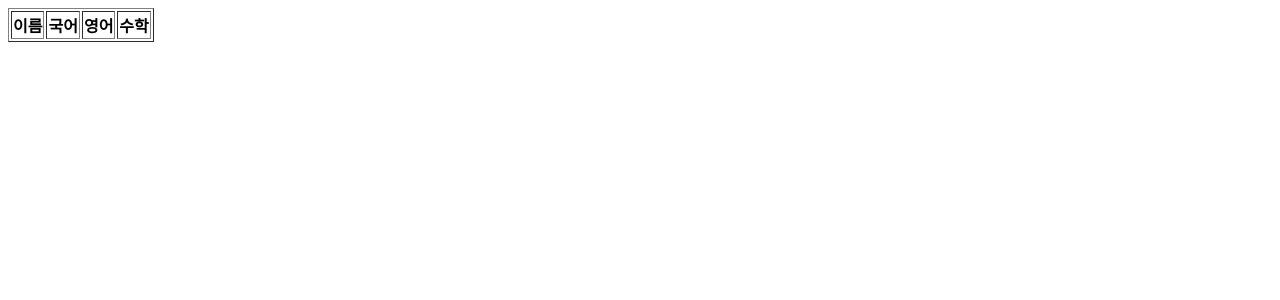
Repository: Yongb15/4.jsp
Page: http://localhost/Ex_0529_sungjuk/student.jsp
The author's editor kept a copy of each file at every save. The page is drawn from the files as they stood at one save, then again after the next save.
The browser window is 1280 px wide. The pictures show the whole page.
The page is served by Tomcat 9. Other server files are loaded and not shown. Queries for data that is not in the repository find no rows.

Above is the page before, as saved 2024-05-29 12:42:37.

### Ex_0529_sungjuk/src/main/webapp/student.jsp
<%@page import="dao.SjDAO"%>
<%@page import="vo.SjVO"%>
<%@page import="java.util.List"%>
<%@ page language="java" contentType="text/html; charset=UTF-8"
    pageEncoding="UTF-8"%>
   <%
   List<SjVO> list = SjDAO.getInstance().selectList();
   %>
<!DOCTYPE html>
<html>
<head>
<meta charset="UTF-8">
<title>Insert title here</title>
</head>
<body>
<table border="1">
<tr>
<th>이름</th>
<th>국어</th>
<th>영어</th>
<th>수학</th>
</tr>
<%
for(int i = 0; i<list.size(); i++){
	SjVO dv = list.get(i);
%>
	<tr>
	<td><%=dv.getName() %></td>
	<td><%=dv.getKor() %></td>
	<td><%=dv.getEng() %></td>
	<td><%=dv.getMat() %></td>
	</tr>
<%} %>
</table>
</body>
</html>

### Ex_0529_sungjuk/src/main/java/dao/SjDAO.java
package dao;

import java.sql.Connection;
import java.sql.PreparedStatement;
import java.sql.ResultSet;
import java.sql.SQLException;
import java.util.ArrayList;
import java.util.List;

import service.DBService;
import vo.SjVO;

public class SjDAO {
	// single-ton pattern:
	// 객체1개만생성해서 지속적으로 서비스하자
	static SjDAO single = null;

	public static SjDAO getInstance() {
		//생성되지 않았으면 생성
		if (single == null)
			single = new SjDAO();
		//생성된 객체정보를 반환
		return single;
	}
	public List<SjVO> selectList() {

		List<SjVO> list = new ArrayList<SjVO>();
		Connection conn = null;
		PreparedStatement pstmt = null;
		ResultSet rs = null;
		String sql = "select * from sungtb_view";

		try {
			//1.Connection얻어온다
			conn = DBService.getInstance().getConnection();
			//2.명령처리객체정보를 얻어오기
			pstmt = conn.prepareStatement(sql);

			//3.결과행 처리객체 얻어오기
			rs = pstmt.executeQuery();

			while (rs.next()) {
				SjVO vo = new SjVO();
				//현재레코드값=>Vo저장
				vo.setName(rs.getString("name"));
				vo.setKor(rs.getInt("kor"));
				vo.setEng(rs.getInt("eng"));
				vo.setMat(rs.getInt("mat"));
				vo.setTot(rs.getInt("tot"));
				vo.setAvg(rs.getDouble("avg"));
				vo.setRank(rs.getInt("rank"));
				//ArrayList추가
				list.add(vo);
			}

		} catch (Exception e) {
			// TODO: handle exception
			e.printStackTrace();
		} finally {

			try {
				if (rs != null)
					rs.close();
				if (pstmt != null)
					pstmt.close();
				if (conn != null)
					conn.close();
			} catch (SQLException e) {
				// TODO Auto-generated catch block
				e.printStackTrace();
			}
		}

		return list;
	}
}

### Ex_0529_sungjuk/src/main/java/service/DBService.java
package service;

import java.sql.Connection;
import javax.naming.Context;
import javax.naming.InitialContext;
import javax.sql.DataSource;

public class DBService {
	// 싱글톤 패턴
	// single-ton pattern:
	// 객체1개만생성해서 지속적으로 서비스하자
	static DBService single = null;

	public static DBService getInstance() {
		//생성되지 않았으면 생성
		if (single == null)
			single = new DBService();
		//생성된 객체정보를 반환
		return single;
	}

	// DB접속
	DataSource ds;

	public DBService() {
		try {
			InitialContext ic = new InitialContext();
			Context ctx = (Context)ic.lookup("java:comp/env");
			ds = (DataSource)ctx.lookup("jdbc/oracle_test");
		} catch (Exception e) {

		}
	}

	public Connection getConnection() {
		Connection conn = null;

		try {
			conn = ds.getConnection();
		} catch (Exception e) {
			// TODO: handle exception
		}

		return conn;
	}
}

After the next save:
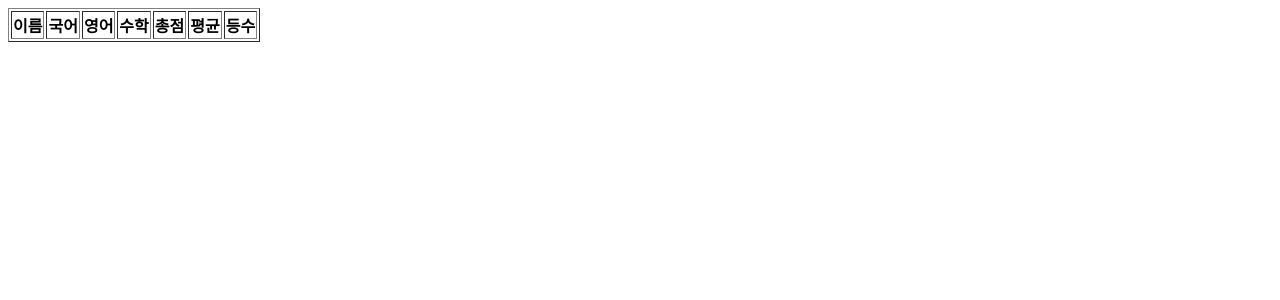
Saved 2 s later.
--- a/Ex_0529_sungjuk/src/main/webapp/student.jsp
+++ b/Ex_0529_sungjuk/src/main/webapp/student.jsp
@@ -19,6 +19,9 @@
 <th>국어</th>
 <th>영어</th>
 <th>수학</th>
+<th>총점</th>
+<th>평균</th>
+<th>등수</th>
 </tr>
 <%
 for(int i = 0; i<list.size(); i++){
@@ -29,6 +32,9 @@ for(int i = 0; i<list.size(); i++){
 	<td><%=dv.getKor() %></td>
 	<td><%=dv.getEng() %></td>
 	<td><%=dv.getMat() %></td>
+	<td><%=dv.getTot() %></td>
+	<td><%=dv.getAvg() %></td>
+	<td><%=dv.getRank() %></td>
 	</tr>
 <%} %>
 </table>
